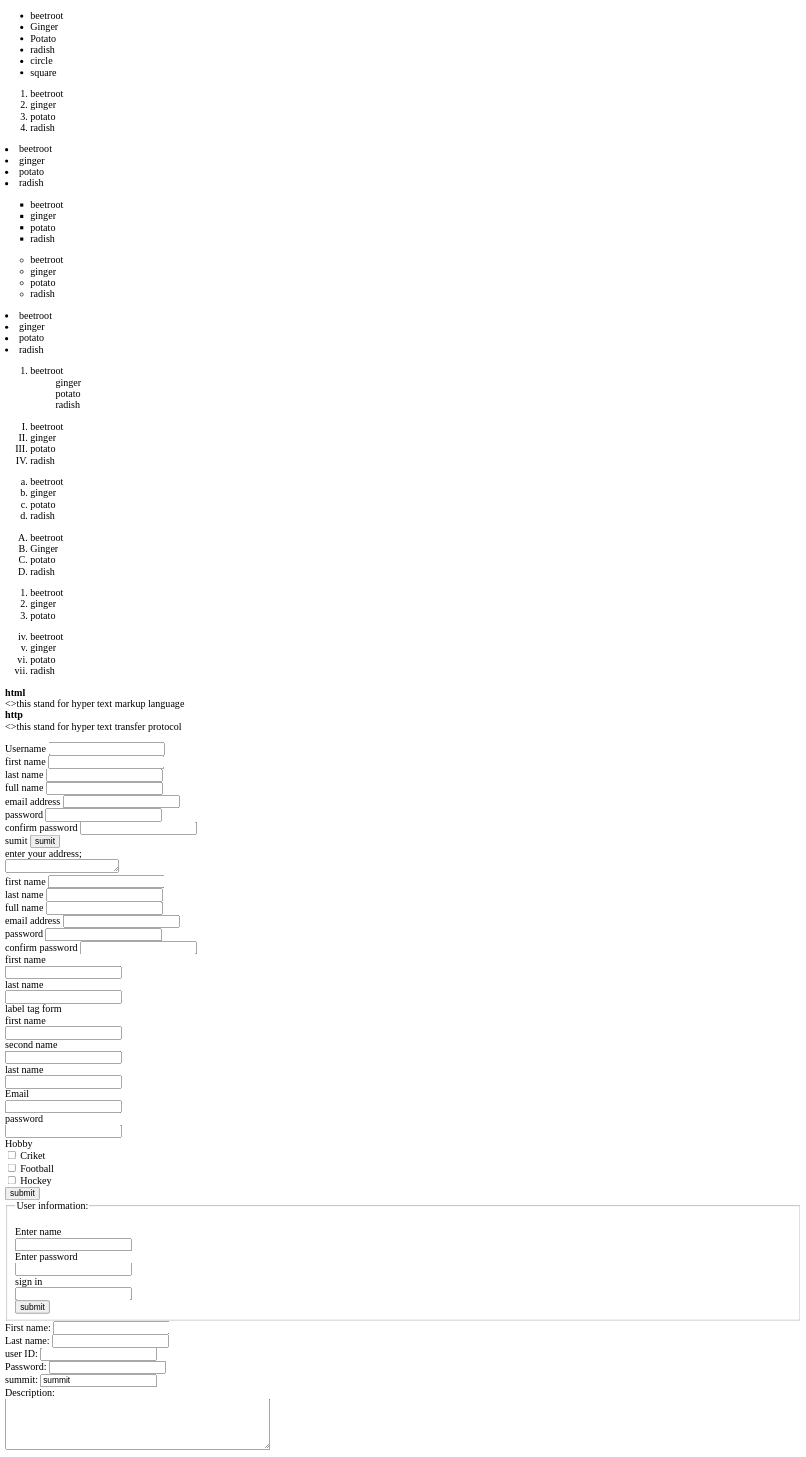
Repository: Achuut/first-code-lessons
Page: Achut.HTML
These files come from the project's save history. The page is drawn as it stood at one moment and after the next save; the edit follows.
The browser window is 1280 px wide. The pictures show the whole page, at 63% of full size.

Above is the page before, as saved 2023-03-27 12:01:20.

After the next save:
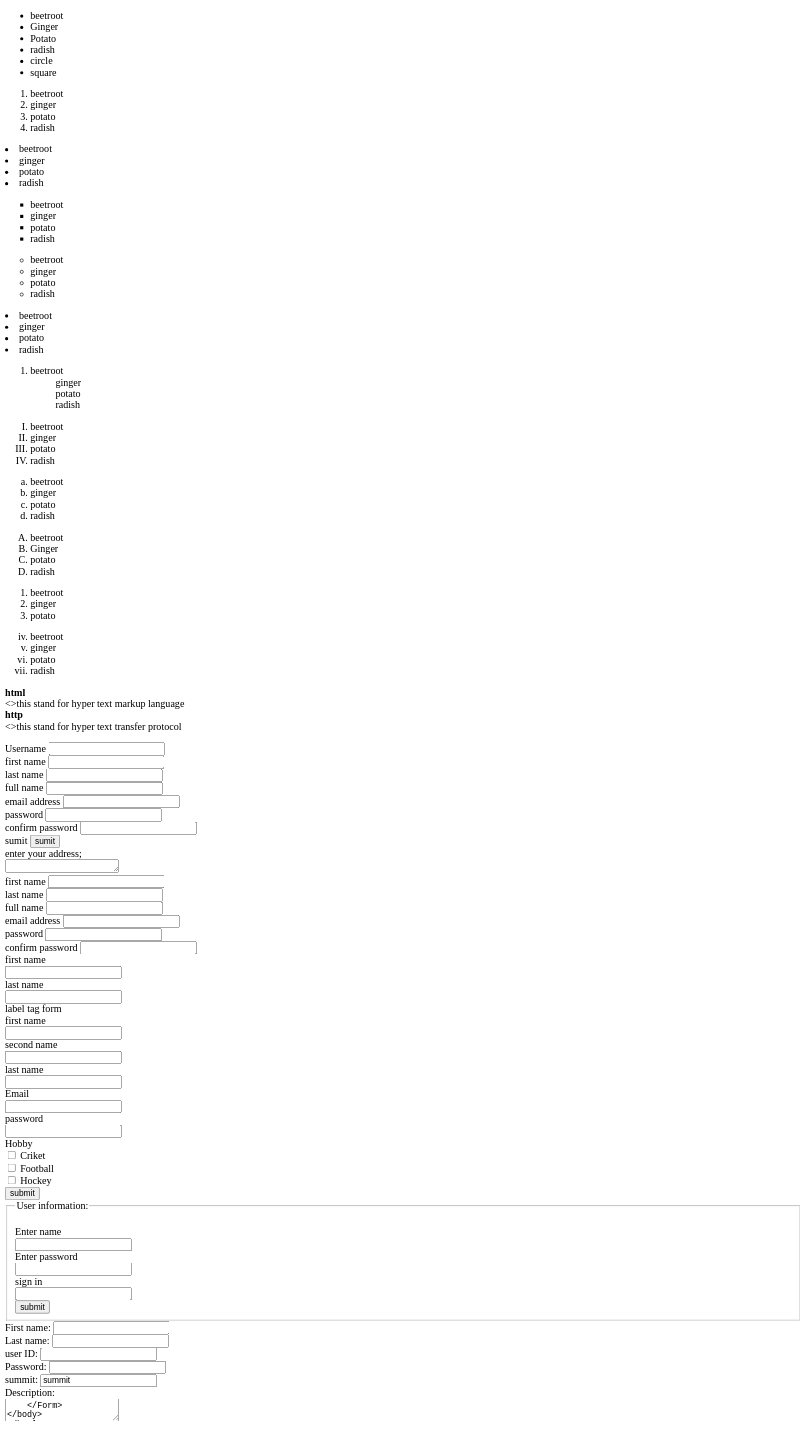
Saved 31 s later.
--- a/Achut.HTML
+++ b/Achut.HTML
@@ -163,7 +163,7 @@
     </Form>
     <Form>
       Description: <br />
-      <textarea name="description" id="" cols="50" rows="5"></textarea>
+      <textarea name="description" id="" co>
     </Form>
 </body>
 </html>
